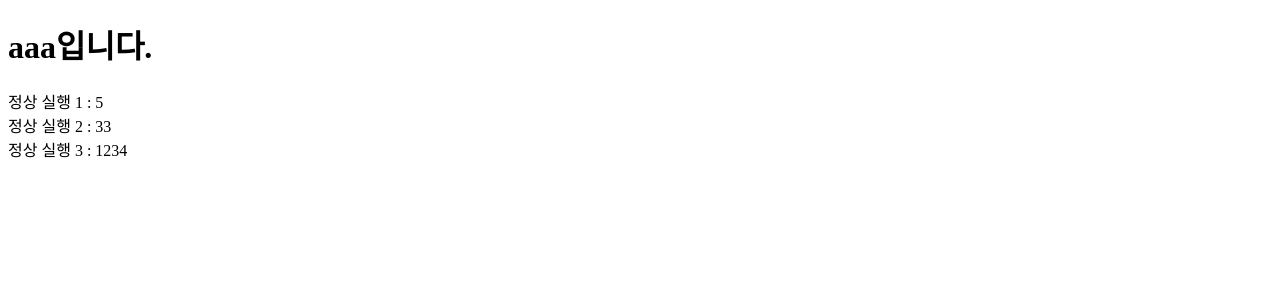
Repository: hjh5217/newJSP
Page: http://localhost/jspProj/err/aaa.jsp
An editor plug-in stored every save of this project. The page is shown before and after the next save, followed by the edit.
The browser window is 1280 px wide. The pictures show the whole page.
The page is served by Tomcat 9. Nobody is signed in. The application's start-up code is not run.

Above is the page before, as saved 2023-07-26 01:18:07.

After the next save:
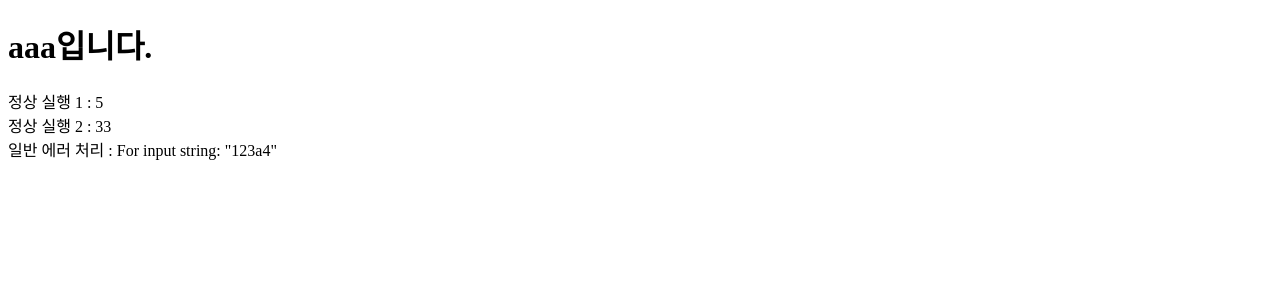
Saved 9 s later.
--- a/jspProj/src/main/webapp/err/aaa.jsp
+++ b/jspProj/src/main/webapp/err/aaa.jsp
@@ -14,8 +14,8 @@ try{
 	out.println("정상 실행 1 : "+a+"<br/>");
 	int [] arr = {11,22,33,44};
 	out.println("정상 실행 2 : "+arr[2]+"<br/>");
-	a = Integer.parseInt("1234");
-	out.println("정상 실행 3 : "+a);
+	a = Integer.parseInt("123a4");
+	out.println("정상 실행 3 : "+a+"<br/>");
 
 }catch(ArithmeticException e){
 	out.println("수학적 에러 처리 : "+ e.getMessage());
